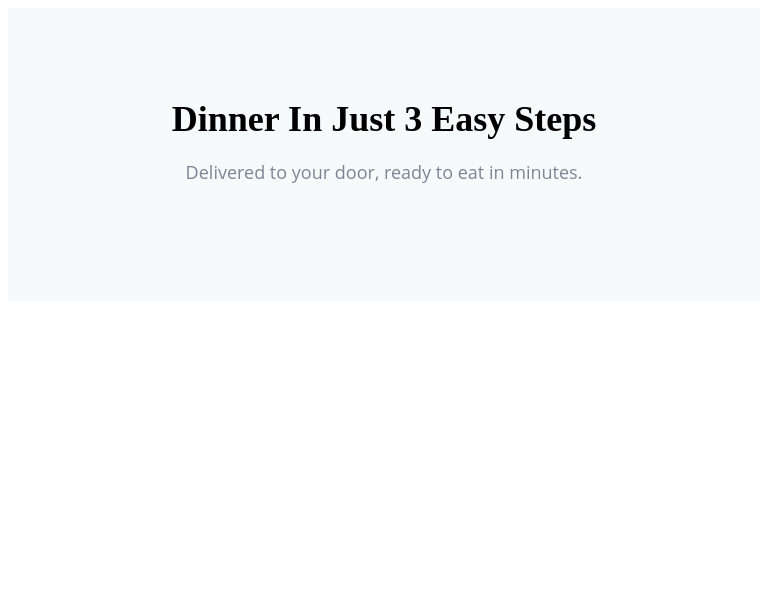
Repository: ST-United-Internship/leadpage
Page: card-UI.html
These files come from the project's save history. The page is drawn as it stood at one moment and after a run of saves; the edit follows.
The browser window is 768 px wide. The pictures show the whole page.

Above is the page before, as saved 2023-03-15 15:33:51.

### card-UI.html
<!DOCTYPE html>
<html lang="en">
<head>
    <meta charset="UTF-8">
    <meta http-equiv="X-UA-Compatible" content="IE=edge">
    <meta name="viewport" content="width=device-width, initial-scale=1.0">
    <title>Document</title>
    <link rel="stylesheet" href="css/card-UI.css">
    <link rel="stylesheet" href="css/common.css">
    <link rel="stylesheet" href="https://use.fontawesome.com/releases/v5.15.4/css/all.css" integrity="sha384-DyZ88mC6Up2uqS4h/KRgHuoeGwBcD4Ng9SiP4dIRy0EXTlnuz47vAwmeGwVChigm" crossorigin="anonymous"/>
</head>
<body>
        <section>
            <!--begin title-->
            <div class="about">
                <div class="row-title">
                    <div class="title-text">
                        <h2>Dinner In Just 3 Easy Steps</h2>
                        <p>Delivered to your door, ready to eat in minutes.</p>
                    </div>
                </div>
            </div>
            <!--begin card-->
            <div class="card-UI">
                <div class="about">
                    <div class="columm">
                        <div class="title-card">
                            <i class="fas fa-shopping-basket"></i>
                            <h3>Choose</h3>
                            <p>Curabitur quam etsum lacus net netsum nulat iaculis etsimun vitae etsum nisle varius netsum.</p>
                        </div>
                        <div class="title-card">
                            <i class="fas fa-carrot"></i>
                            <h3>Cook</h3>
                            <p>Curabitur quam etsum lacus net netsum nulat iaculis etsimun vitae etsum nisle varius netsum.</p>
                        </div>
                        <div class="title-card">
                            <i class="fas fa-utensils"></i>
                            <h3>Enjoy</h3>
                            <p>Curabitur quam etsum lacus net netsum nulat iaculis etsimun vitae etsum nisle varius netsum.</p>
                        </div>
                    </div>
                </div>
            </div>
        </section>
</body>
</html>

### css/card-UI.css
section{
    background: #f7fafa;
    padding: 90px 0 100px 0;
}

.about{
    background-color: #f7fafa;
}

.row-title{
    /* text-align: center; */
}
 .title-text{
    text-align: center;
    /* margin-right: -15px;
    margin-left: -15px; */
}

.about .row-title .title-text h2{
    font-size: 36px;
    margin-bottom: 10px;
    margin-top: 0px;
}

.about .row-title .title-text p{
    font-size: 18px;
    line-height: 28px;
    font-weight: 400;
    color: #7c8595;
    margin-bottom: 15px;
    font-family: 'Open Sans', sans-serif;
}

.card-UI{
    position: relative;
}

.card-UI .about .columm{
    display: flex;
    justify-content: center;
}

.title-card{
    position: relative;
    margin: 45px 25px 5px 5px;
    padding: 40px 15px 32px 15px;
    overflow: hidden;
    text-align: center;
    border: 1px solid #e5efff;
    background-color: #fefefe;
    border-radius: 8px 8px;
    transition: all 1s;
    width: 20%;
    height: 50%;

}

.title-card:hover{
    border: 1px solid #27b36a;
    transform: scale(1.05, 1.05);
}

.columm::after, ::before{
    box-sizing: border-box;
}

.card-UI .about .columm .title-card i{
    margin-bottom: 25px;
    font-size: 60px;
    color: #27b36a;
}

.card-UI .about .columm .title-card h3{
    font-size: 22px;
    font-weight: 500;
    color: #292929;
    margin-bottom: 15px;
}

.card-UI .about .columm .title-card p{
    padding: 0 10px;
    margin-bottom: 15px
}


@media only screen and (max-width:1000px) {
    .title-card{
        display: none;
    }
}

### css/common.css
.container {
  max-width: 80%;
  margin: auto;
  border: 1px solid blue;
}
.card {
  width: 400px;
}
.space-vertical {
  padding: 20px 0;
}

.space-horizontal {
  padding: 0 20px;
}

*,
**,
*::before,
*::after {
  box-sizing: border-box;
}

After the next 2 saves:
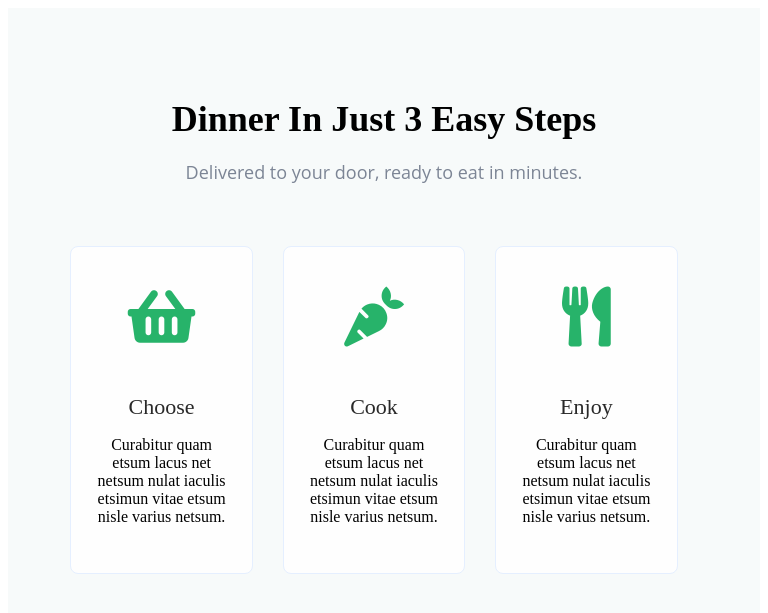
The 2 saves are shown as one change because they came seconds apart.
The last was saved 81 s later.
--- a/css/card-UI.css
+++ b/css/card-UI.css
@@ -85,6 +85,6 @@ section{
 
 @media only screen and (max-width:1000px) {
     .title-card{
-        display: none;
+        display: inline-block;
     }
 }
